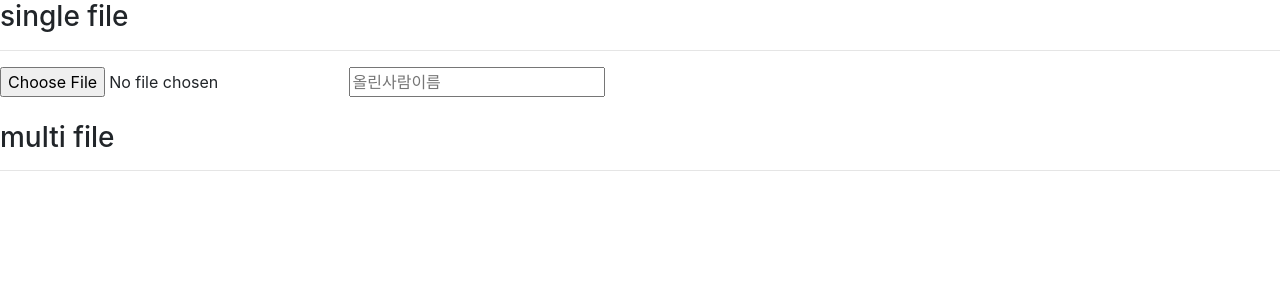
Repository: snowskyblue/SpringEx
Page: http://localhost/1210fileupdown/
These files come from the project's save history. The page is drawn as it stood at one moment and after the next save; the edit follows.
The browser window is 1280 px wide. The pictures show the whole page.
The page is served by Tomcat 9. Other server files are loaded and not shown.

Above is the page before, as saved 2019-12-10 00:51:36.

### 1210fileupdown/src/main/webapp/WEB-INF/views/fileUp.jsp
<%@ page language="java" contentType="text/html; charset=UTF-8"
    pageEncoding="UTF-8"%>
<%@ taglib prefix="c" uri="http://java.sun.com/jsp/jstl/core" %>
<%@ taglib prefix="x" uri="http://java.sun.com/jsp/jstl/xml" %>
<%@ taglib prefix="fmt" uri="http://java.sun.com/jsp/jstl/fmt" %>
<%@ taglib prefix="sql" uri="http://java.sun.com/jsp/jstl/sql" %>
<%@ taglib prefix="fn" uri="http://java.sun.com/jsp/jstl/functions" %>


<!DOCTYPE html>
<html lang="ko">
<head>
<meta charset="UTF-8">
<meta http-equiv="X-UA-Compatible" content="IE=edge">
<meta name="viewport" content="width=device-width, initial-scale=1.0">
<!--bootstrap -->
<link rel="stylesheet" href="https://maxcdn.bootstrapcdn.com/bootstrap/4.3.1/css/bootstrap.min.css">
<!--font-awesome -->
<link rel="stylesheet" href="https://cdnjs.cloudflare.com/ajax/libs/font-awesome/4.7.0/css/font-awesome.min.css">
<title>Insert title here</title>
</head>
<body>

<h3>single file</h3>
<hr/>
<form id="singleForm" action="requestupload1" method="post" enctype="multipart/form-data">
	<input type="file" name="file" />
	<input type="text" name="src" placeholder="올린사람이름" />
</form>
<br/>
<h3>multi file</h3>
<hr/>
<form id="multiForm" action="requestupload2" method="post" enctype="multipart/form-data">

</form>

<!--jquery -->
<script src="https://ajax.googleapis.com/ajax/libs/jquery/3.4.1/jquery.min.js"></script>
<!--popper -->
<script src="https://cdnjs.cloudflare.com/ajax/libs/popper.js/1.14.7/umd/popper.min.js"></script>
<!--javascript -->
<script src="https://maxcdn.bootstrapcdn.com/bootstrap/4.3.1/js/bootstrap.min.js"></script>
</body>
</html>

After the next save:
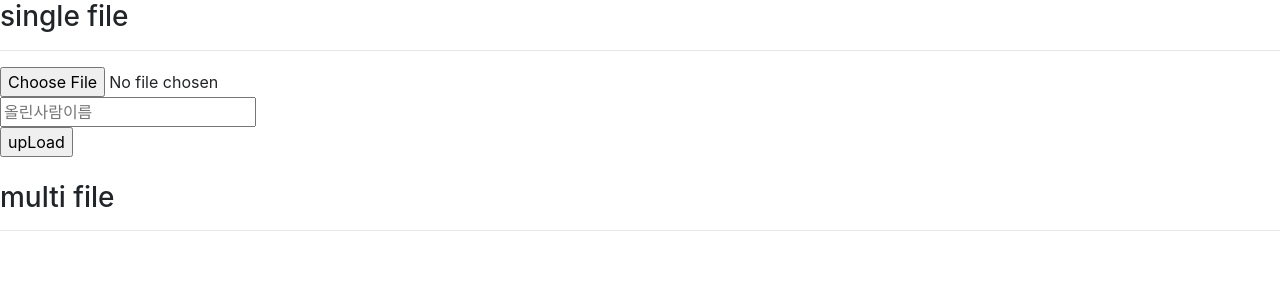
Saved 77 s later.
--- a/1210fileupdown/src/main/webapp/WEB-INF/views/fileUp.jsp
+++ b/1210fileupdown/src/main/webapp/WEB-INF/views/fileUp.jsp
@@ -24,8 +24,9 @@
 <h3>single file</h3>
 <hr/>
 <form id="singleForm" action="requestupload1" method="post" enctype="multipart/form-data">
-	<input type="file" name="file" />
-	<input type="text" name="src" placeholder="올린사람이름" />
+	<input type="file" name="file" /><br/>
+	<input type="text" name="src" placeholder="올린사람이름" /><br/>
+	<input type="submit" value="upLoad">
 </form>
 <br/>
 <h3>multi file</h3>
